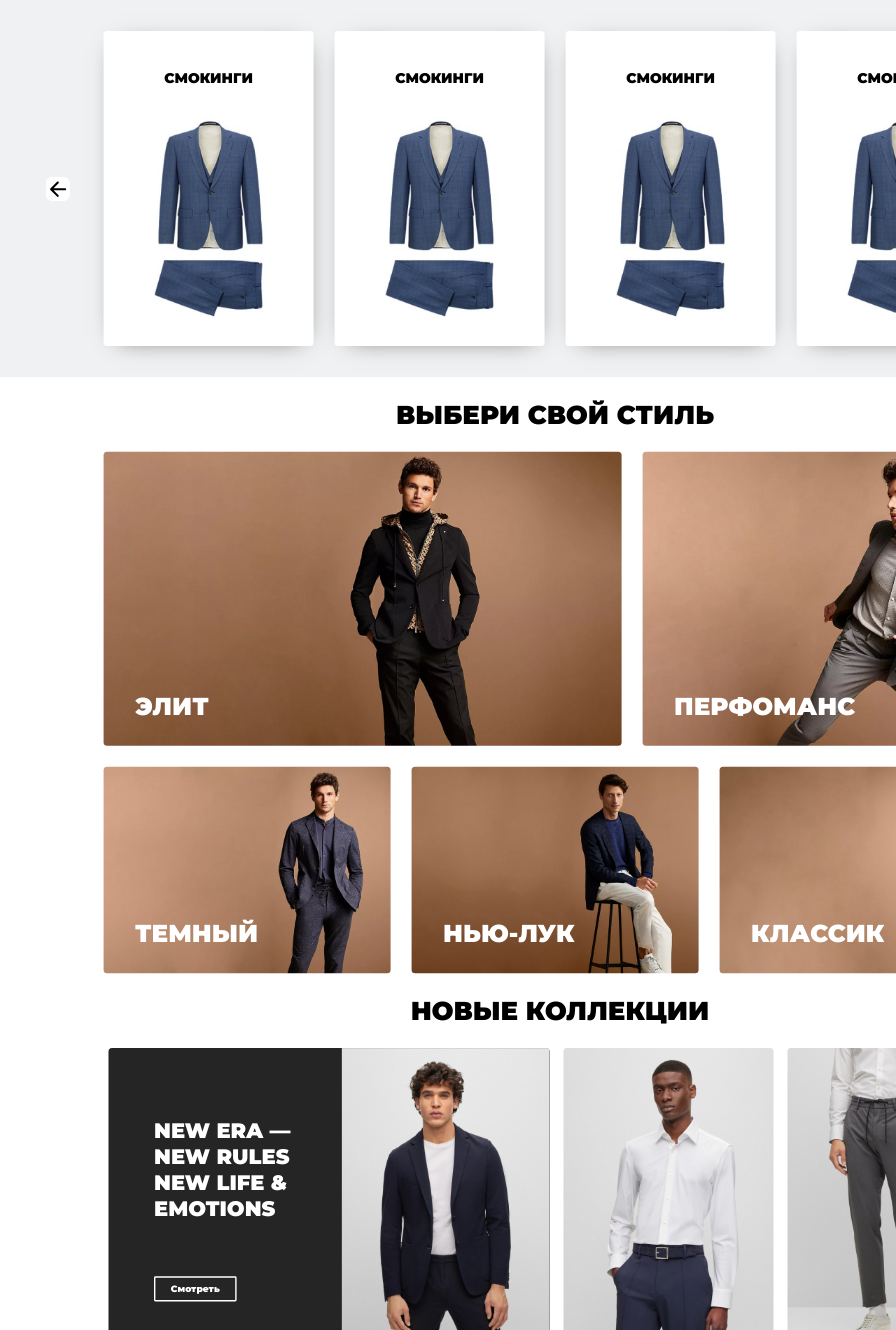
Repository: MaksimKrupkin/SigmaEllegance
Page: /
An editor plug-in stored every save of this project. The page is shown before and after the next save, followed by the edit.
The browser window is 1280 px wide. The pictures show the part of the page from y = 845 to 2745 px (the page is 4160 px tall), at 70% of full size.
Some web fonts or font styles are not loaded; a fallback is used. The project was rebuilt for these pictures with package versions that can differ from the ones it lists, and the page was loaded fresh each time.

Above is the page before, as saved 2023-11-25 11:11:42.

After the next save:
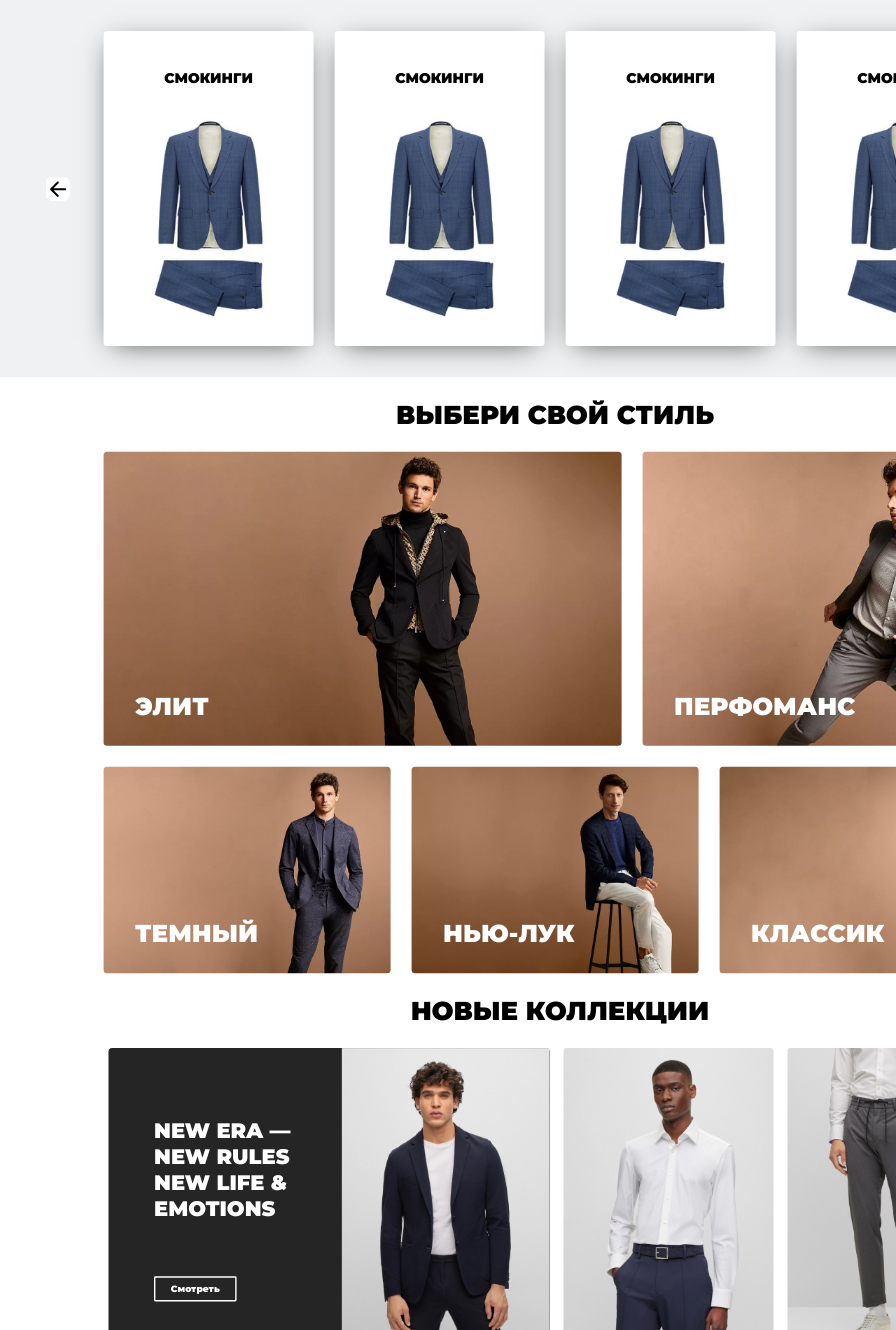
Saved 56 s later.
--- a/src/Components/SliderCard/SliderCard.module.css
+++ b/src/Components/SliderCard/SliderCard.module.css
@@ -9,9 +9,9 @@
   padding-top: 35px;
   padding-bottom: 65px;
   gap: 25px;
-  -webkit-box-shadow: 3px 6px 34px -19px rgba(0, 0, 0, 0.75);
-  -moz-box-shadow: 3px 6px 34px -19px rgba(0, 0, 0, 0.75);
-  box-shadow: 3px 6px 34px -19px rgba(0, 0, 0, 0.75);
+  -webkit-box-shadow: 0px 8px 39px -14px rgba(56, 56, 56, 1);
+  -moz-box-shadow: 0px 8px 39px -14px rgba(56, 56, 56, 1);
+  box-shadow: 0px 8px 39px -14px rgba(56, 56, 56, 1);
   transition: all 0.2s ease-in-out;
 }
 .card:hover {

After the save that followed:
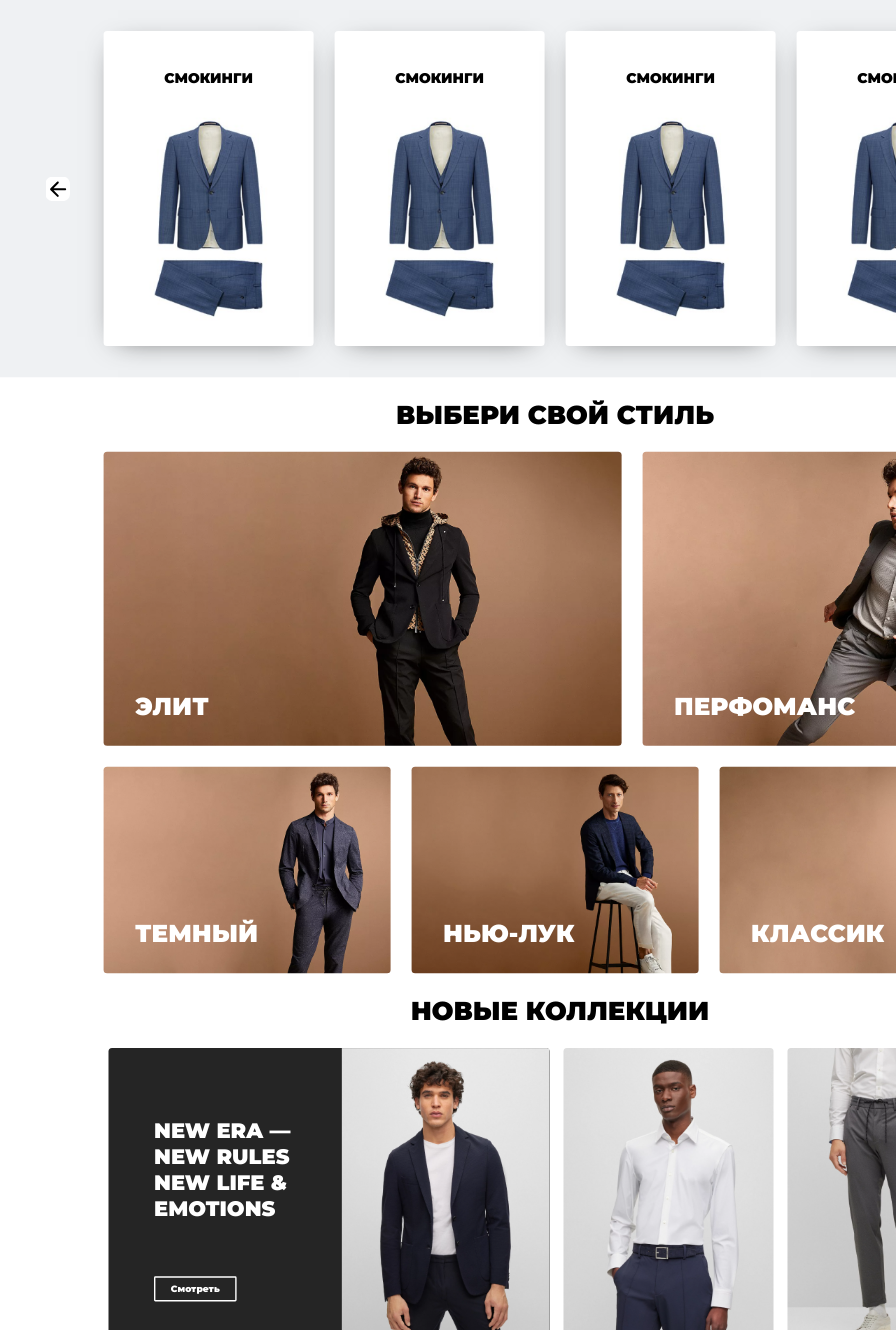
Saved 19 s later.
--- a/src/Components/SliderCard/SliderCard.module.css
+++ b/src/Components/SliderCard/SliderCard.module.css
@@ -9,9 +9,9 @@
   padding-top: 35px;
   padding-bottom: 65px;
   gap: 25px;
-  -webkit-box-shadow: 0px 8px 39px -14px rgba(56, 56, 56, 1);
-  -moz-box-shadow: 0px 8px 39px -14px rgba(56, 56, 56, 1);
-  box-shadow: 0px 8px 39px -14px rgba(56, 56, 56, 1);
+  -webkit-box-shadow: 0px 8px 39px -21px rgba(56, 56, 56, 1);
+  -moz-box-shadow: 0px 8px 39px -21px rgba(56, 56, 56, 1);
+  box-shadow: 0px 8px 39px -21px rgba(56, 56, 56, 1);
   transition: all 0.2s ease-in-out;
 }
 .card:hover {
